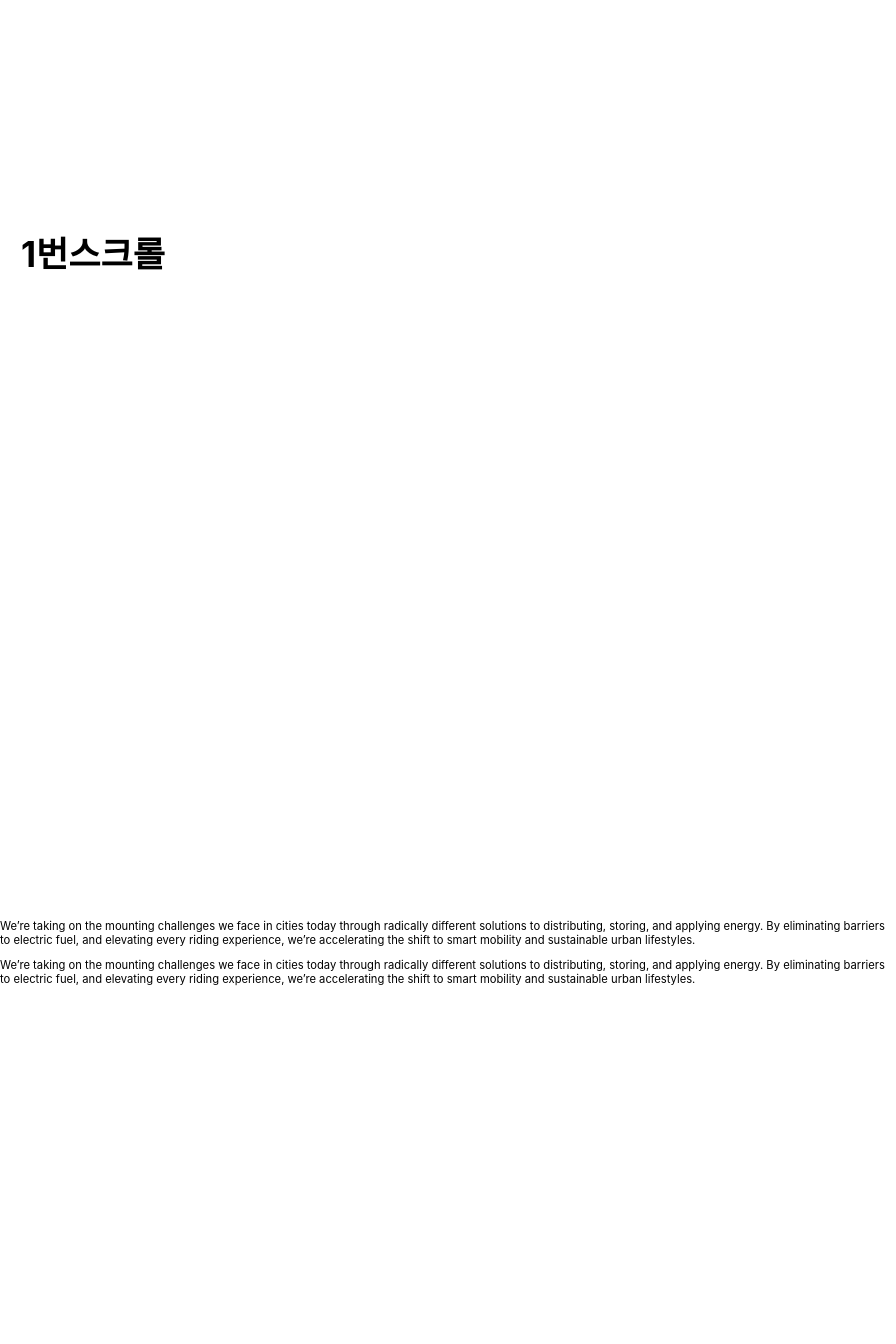
Repository: jiyeonyun/etc
Page: / (app in job/)
The author's editor kept a copy of each file at every save. The page is drawn from the files as they stood at one save, then again after the next save.
The browser window is 1280 px wide. The pictures show the part of the page from y = 0 to 1920 px (the page is 2608 px tall), at 70% of full size.
The project was rebuilt for these pictures with package versions that can differ from the ones it lists, and the page was loaded fresh each time.

Above is the page before, as saved 2022-05-19 09:30:19.

### job/src/index.js
import React from 'react';
import ReactDOM from 'react-dom';
import './index.css';
import App from './app';
import reportWebVitals from './reportWebVitals';

ReactDOM.render(
  <React.StrictMode>
    <App />
  </React.StrictMode>,
  document.getElementById('root')
);
reportWebVitals();

### job/src/app.jsx
import styles from './app.module.css';
import Header from './components/header/header';
import Info from './components/info/info';

function App() {
  return (
    <div>
      <Header/>
      <Info/>
    </div>
  );
}

export default App;

### job/src/components/header/header.jsx
import React from 'react';
import styles from './header.module.css';
const Header = (props) => {
  return <header></header>;
};

export default Header;

### job/src/components/info/info.jsx
import React, { useEffect, useState } from 'react';
import styles from './info.module.css';
const Info = (props) => {
  const [scrollY, setScrollY] = useState(0);
  const handleFollow = () => {
    setScrollY(window.pageYOffset); // window 스크롤 값을 ScrollY에 저장
  };
  useEffect(() => {
    console.log('ScrollY is ', scrollY); // ScrollY가 변화할때마다 값을 콘솔에 출력
  }, [scrollY]);

  useEffect(() => {
    const watch = () => {
      window.addEventListener('scroll', handleFollow);
    };
    watch(); // addEventListener 함수를 실행
    return () => {
      window.removeEventListener('scroll', handleFollow); // addEventListener 함수를 삭제
    };
  });

  return (
    <main>
      <section>
        <div className={styles.scrollContainer}>
          <div className={styles.stickyCopy}>
            <div
              className={styles.copyFirst}
              style={scrollY >= 150 ? { transform: 'translate(0px, -151px)', opacity: '0' } : {}}
            >
              <h1 className={styles.title}>1번스크롤</h1>
            </div>
            <div
              className={styles.copySecond}
              style={scrollY <= 150 ? { transform: 'translate(0px, 151px)', opacity: '0' } : {}}
            >
              <p className={styles.title}>2스크롤인데 문자가 많은~~~</p>
            </div>
          </div>
        </div>
        <div className={styles.scroll2}>
          <p>
            We’re taking on the mounting challenges we face in cities today through radically
            different solutions to distributing, storing, and applying energy. By eliminating
            barriers to electric fuel, and elevating every riding experience, we’re accelerating the
            shift to smart mobility and sustainable urban lifestyles.
          </p>
          <p>
            We’re taking on the mounting challenges we face in cities today through radically
            different solutions to distributing, storing, and applying energy. By eliminating
            barriers to electric fuel, and elevating every riding experience, we’re accelerating the
            shift to smart mobility and sustainable urban lifestyles.
          </p>
        </div>
      </section>
    </main>
  );
};

export default Info;

### job/src/components/info/info.module.css
.scrollContainer {
  position: relative;
  height: 180vh;
}
.scroll2 {
  position: relative;
  height: 180vh;
}
.stickyCopy {
  position: sticky;
  display: flex;
  top: 0;
  height: 100vh;
  justify-content: center;
  align-items: center;
  overflow: hidden;
  margin-left: auto;
  margin-right: auto;
}
.title {
  font-size: 50px;
}
.copyFirst,
.copySecond {
  position: absolute;
  padding: 0 30px;
  box-sizing: border-box;
  width: 100%;
  pointer-events: none;
  transform: translate(0px, 0px);
  opacity: 1;
}
.addSecond {
  transform: translate(0px, 171px);
  opacity: 0;
}
.addFirst {
  transform: translate(0px, -171px);
  opacity: 0;
}

Loaded but not shown: job/public/index.html (common file); job/src/index.css (common file); job/src/reportWebVitals.js (common file); job/src/app.module.css (no stored copy; drawn as an empty file); job/src/components/header/header.module.css (no stored copy; drawn as an empty file)

After the next save:
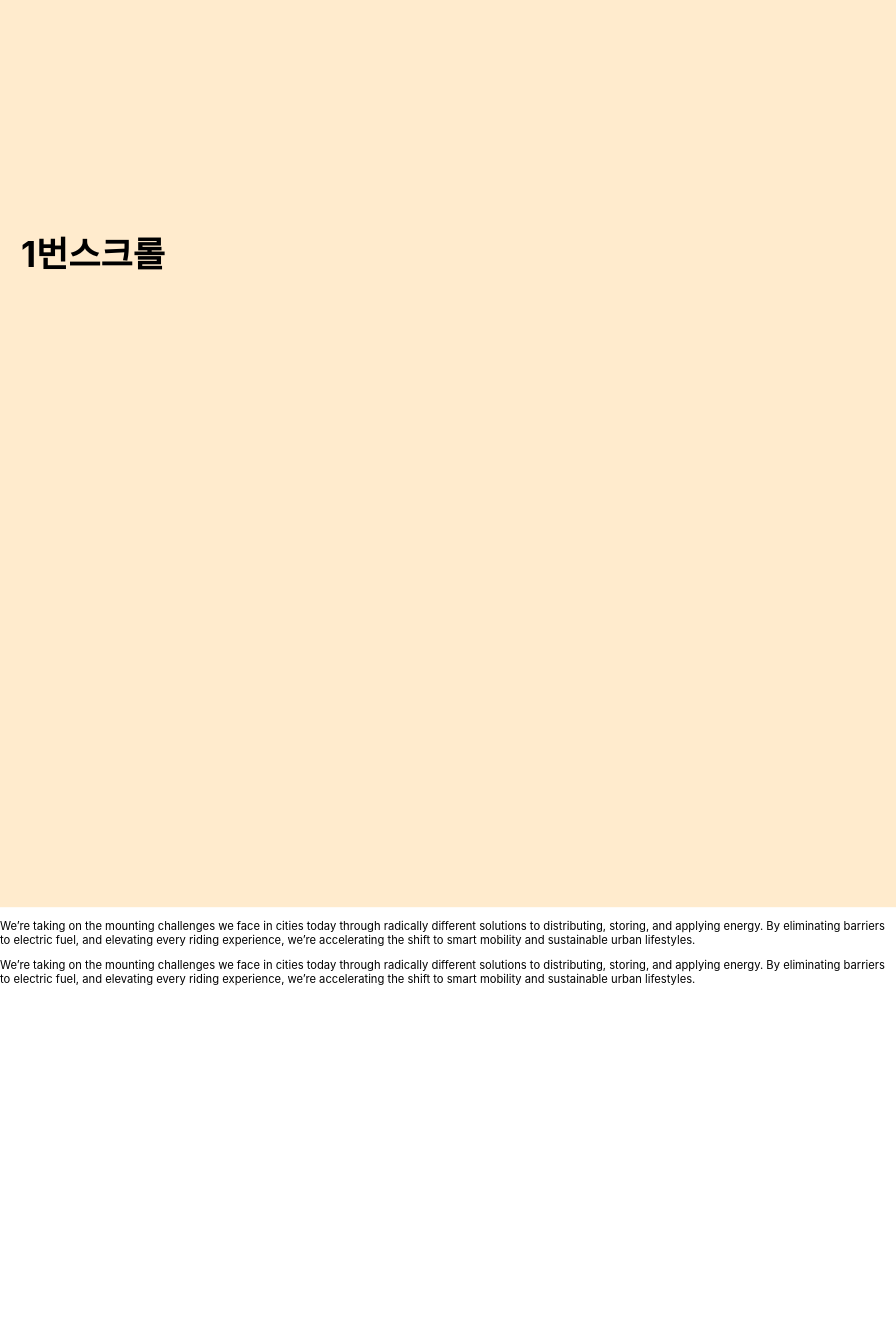
Saved 17 s later.
--- a/job/src/components/info/info.module.css
+++ b/job/src/components/info/info.module.css
@@ -1,6 +1,7 @@
 .scrollContainer {
   position: relative;
   height: 180vh;
+  background-color: blanchedalmond;
 }
 .scroll2 {
   position: relative;
